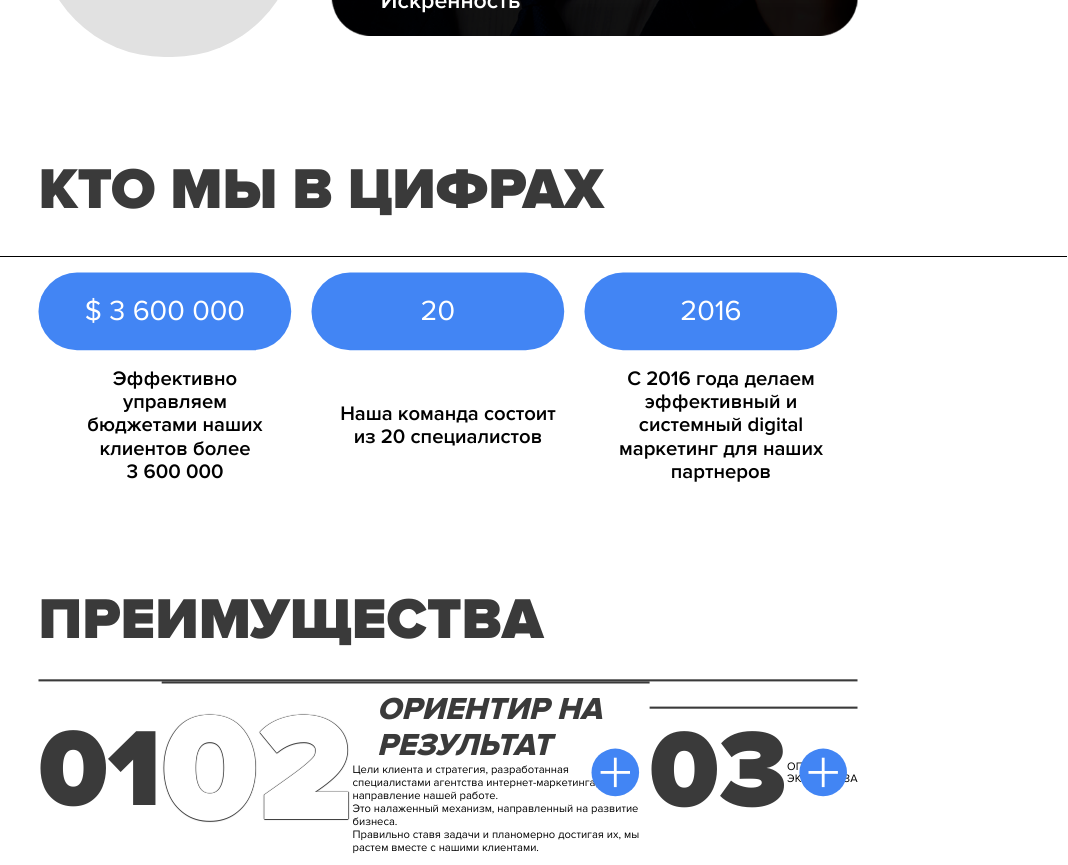
Repository: fanbear/Mnews
Page: index.html
The author's editor kept a copy of each file at every save. The page is drawn from the files as they stood at one save, then again after the next save.
The browser window is 1280 px wide. The page is 1525 px wide, so the pictures cover 1525 px, including what lies to the right of the window. The pictures show the part of the page from y = 2539 to 4139 px (the page is 3775 px tall before and 4139 px after), at 70% of full size.
Some web libraries are served in a nearby version.

Above is the page before, as saved 2022-07-26 21:19:49.

After the next save:
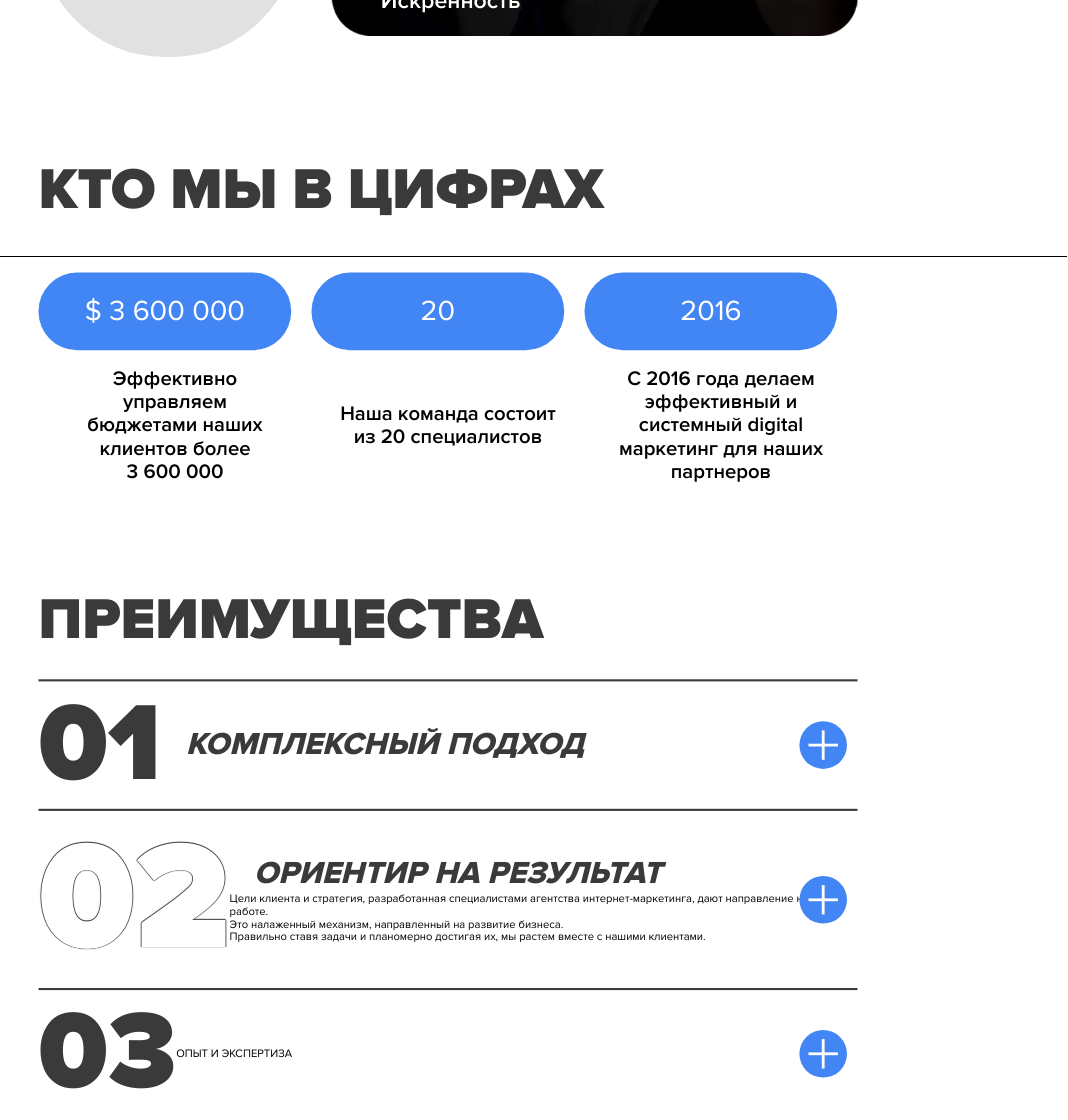
Saved 4 s later.
--- a/index.html
+++ b/index.html
@@ -166,52 +166,52 @@
                             </div>
                         </div>
                         <div class="benefint-tab__item-body">
-                            <div class="item-body__title>КОМПЛЕКСНЫЙ ПОДХОД</div>
+                            <div class="item-body__title">КОМПЛЕКСНЫЙ ПОДХОД</div>
                         </div>
                         <div class=" benefint-tab__item-button">
-                                <span class="benefint-tab__item-horizontal"></span>
-                                <span class="benefint-tab__item-vertical"></span>
-                            </div>
-                        </div>
-                        <div class="benefint-tab__item benefint-tab__item-active">
-                            <div class="benefint-tab__item-head">
-                                <p>02</p>
-                            </div>
-                            <div class="benefint-tab__item-body">
-                                <div class="item-body__title">ОРИЕНТИР НА РЕЗУЛЬТАТ</div>
-                                <div class="item-body__text">
-                                    Цели клиента и стратегия, разработанная специалистами агентства интернет-маркетинга,
-                                    дают направление нашей работе.
-                                    <br>
-                                    Это налаженный механизм, направленный на развитие бизнеса.
-                                    <br>
-                                    Правильно ставя задачи и планомерно достигая их, мы растем вместе с нашими
-                                    клиентами.
-
-                                </div>
-                            </div>
-                            <div class="benefint-tab__item-button">
-                                <span class="benefint-tab__item-horizontal"></span>
-                                <span class="benefint-tab__item-vertical"></span>
-                            </div>
-                        </div>
-                        <div class="benefint-tab__item">
-                            <div class="benefint-tab__item-head">
-                                <div class="col-lg-12">
-                                    <p>03</p>
-                                </div>
-                            </div>
-                            <div class="benefint-tab__item-body">
-                                <p>ОПЫТ И ЭКСПЕРТИЗА</p>
-                            </div>
-                            <div class="benefint-tab__item-button">
-                                <span class="benefint-tab__item-horizontal"></span>
-                                <span class="benefint-tab__item-vertical"></span>
-                            </div>
-                        </div>
-                    </div>
-                </div>
-            </div>
+                            <span class="benefint-tab__item-horizontal"></span>
+                            <span class="benefint-tab__item-vertical"></span>
+                        </div>
+                    </div>
+                    <div class="benefint-tab__item benefint-tab__item-active">
+                        <div class="benefint-tab__item-head">
+                            <p>02</p>
+                        </div>
+                        <div class="benefint-tab__item-body">
+                            <div class="item-body__title">ОРИЕНТИР НА РЕЗУЛЬТАТ</div>
+                            <div class="item-body__text">
+                                Цели клиента и стратегия, разработанная специалистами агентства интернет-маркетинга,
+                                дают направление нашей работе.
+                                <br>
+                                Это налаженный механизм, направленный на развитие бизнеса.
+                                <br>
+                                Правильно ставя задачи и планомерно достигая их, мы растем вместе с нашими
+                                клиентами.
+
+                            </div>
+                        </div>
+                        <div class="benefint-tab__item-button">
+                            <span class="benefint-tab__item-horizontal"></span>
+                            <span class="benefint-tab__item-vertical"></span>
+                        </div>
+                    </div>
+                    <div class="benefint-tab__item">
+                        <div class="benefint-tab__item-head">
+                            <div class="col-lg-12">
+                                <p>03</p>
+                            </div>
+                        </div>
+                        <div class="benefint-tab__item-body">
+                            <p>ОПЫТ И ЭКСПЕРТИЗА</p>
+                        </div>
+                        <div class="benefint-tab__item-button">
+                            <span class="benefint-tab__item-horizontal"></span>
+                            <span class="benefint-tab__item-vertical"></span>
+                        </div>
+                    </div>
+                </div>
+            </div>
+        </div>
 
 
     </main>
